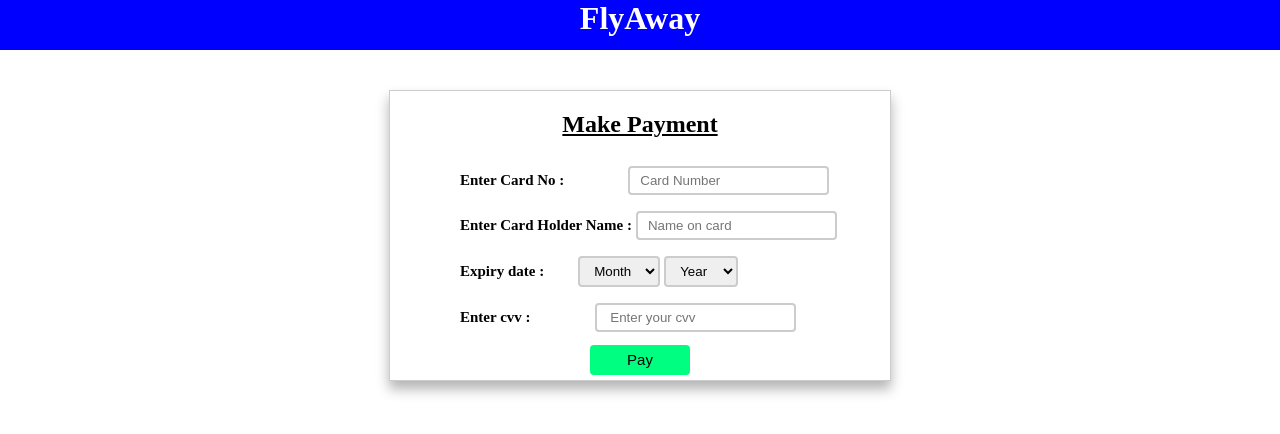
Repository: KartikMuchakandimath/Flyaway
Page: http://localhost/FlayAway/Payment.jsp
The author's editor kept a copy of each file at every save. The page is drawn from the files as they stood at one save, then again after the next save.
The browser window is 1280 px wide. The pictures show the whole page.
The page is served by Tomcat 9.

Above is the page before, as saved 2022-04-22 19:56:21.

After the next save:
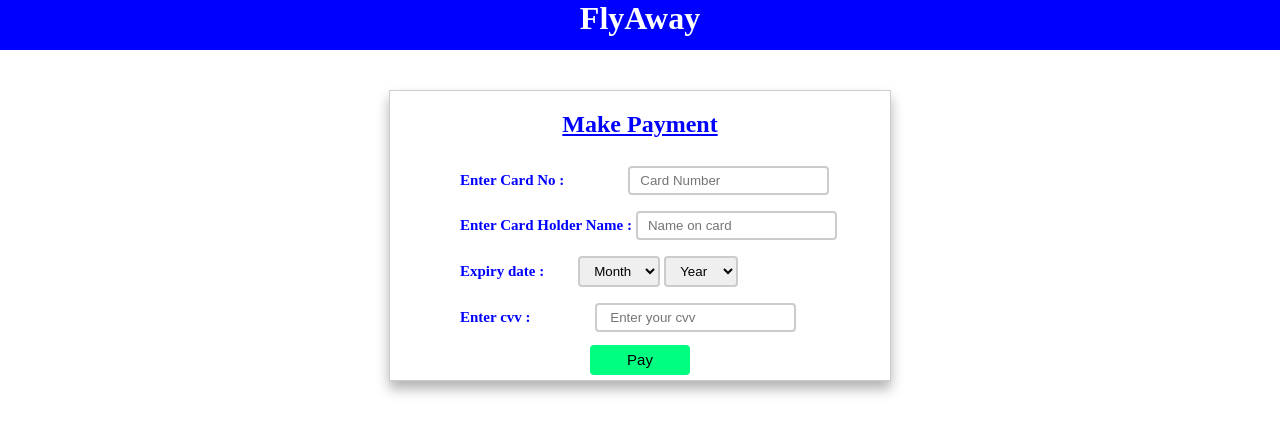
Saved 28 s later.
--- a/FlayAway/src/main/webapp/Payment.jsp
+++ b/FlayAway/src/main/webapp/Payment.jsp
@@ -23,6 +23,7 @@ h1{
 .pay-box{
 	margin :auto;
 	margin-top : 40px;
+	color: #0000FF;
 	width : 500px;
 	border : 1px solid #ccc;
 	box-shadow : 0 8px 12px 0px rgba(0,0,0,0.3);
